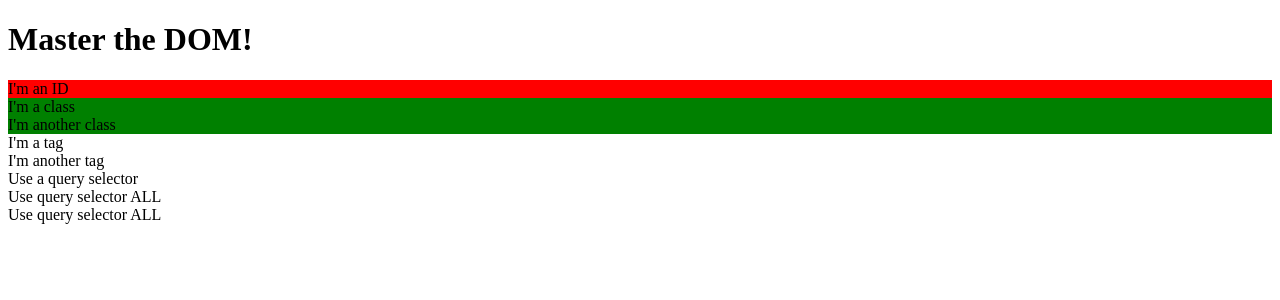
Repository: glgeorgiou/100-days-of-code-projects
Page: DOM Testing/1.html
These files come from the project's save history. The page is drawn as it stood at one moment and after the next save; the edit follows.
The browser window is 1280 px wide. The pictures show the whole page.

Above is the page before, as saved 2020-04-14 10:34:05.

### DOM Testing/1.html
<!DOCTYPE html>
<html lang="en">
<head>
  <title>Master the DOM!</title>
</head>
<body>
    <h1>Master the DOM!</h1>
    <div id="test">I'm an ID</div>
    <div class="test">I'm a class</div>
    <div class="test">I'm another class</div>
    <section>I'm a tag</section>
    <section>I'm another tag</section>
    <div id="test-query">Use a query selector</div>
    <div class="test-query-all">Use query selector ALL</div>
    <div class="test-query-all">Use query selector ALL</div>

    <script src="1.js"></script>
</body>
</html>

### DOM Testing/1.js
/** Using js to colorize DOM */

//First paragraph
testId = document.getElementById('test');
testId.style.backgroundColor = 'red'


//2nd paragraph
testClass = document.getElementsByClassName('test');
//Single element
//testClass[0].style.backgroundColor = 'green'
//Using for
for (i = 0; i < testClass.length; i++) {
    testClass[i].style.backgroundColor = 'green';
  }

After the next save:
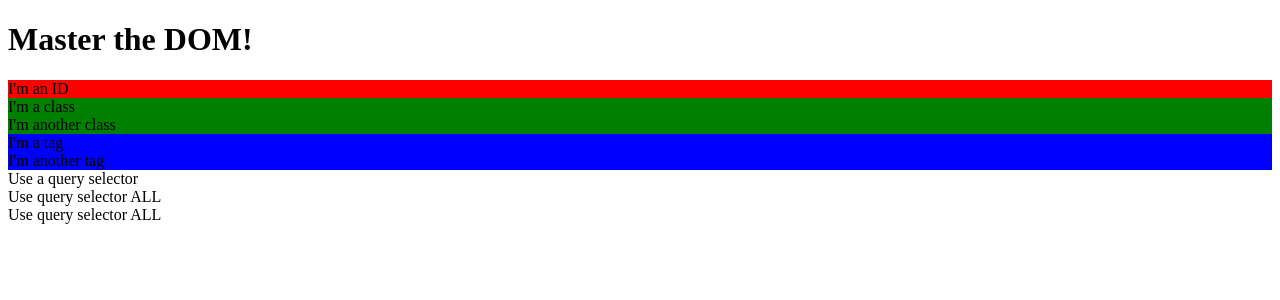
Saved 86 s later.
--- a/DOM Testing/1.js
+++ b/DOM Testing/1.js
@@ -1,11 +1,11 @@
 /** Using js to colorize DOM */
 
-//First paragraph
+//First paragraph - id
 testId = document.getElementById('test');
 testId.style.backgroundColor = 'red'
 
 
-//2nd paragraph
+//2nd paragraph - class
 testClass = document.getElementsByClassName('test');
 //Single element
 //testClass[0].style.backgroundColor = 'green'
@@ -13,3 +13,10 @@
 for (i = 0; i < testClass.length; i++) {
     testClass[i].style.backgroundColor = 'green';
   }
+
+
+  //By tag name
+  testTag = document.getElementsByTagName('section');
+for (i = 0; i < testTag.length; i++) {
+    testTag[i].style.backgroundColor = 'blue';
+}
